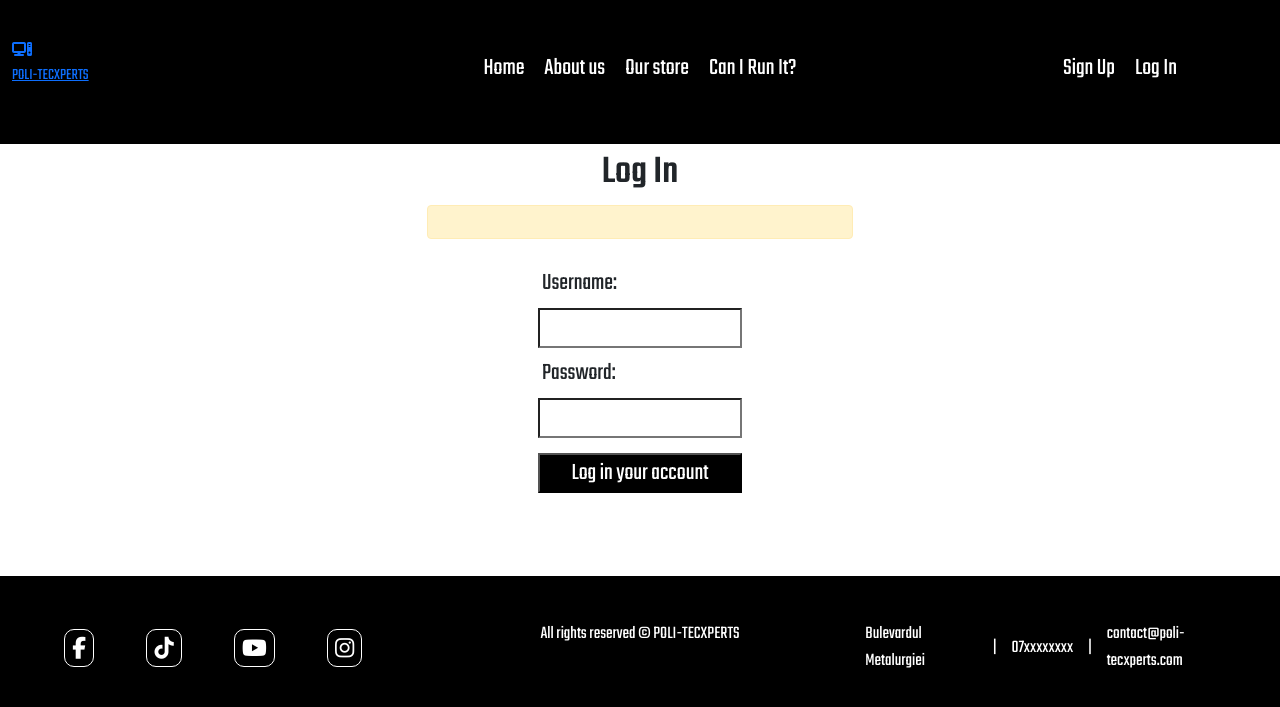
Repository: cristibtz/POLI_TECXPERTS
Page: login/login.html
The author's editor kept a copy of each file at every save. The page is drawn from the files as they stood at one save, then again after the next save.
The browser window is 1280 px wide. The pictures show the whole page.

Above is the page before, as saved 2024-04-27 20:15:43.

### login/login.html
<!DOCTYPE html>
<html lang="en">
<head>
    <meta charset="UTF-8">
    <meta name="viewport" content="width=device-width, initial-scale=1.0">
    <link rel="stylesheet" href="../css/bootstrap.css">
    <link rel="stylesheet" href="../css/default.css">
    <link rel="stylesheet" href="../css/fontawesome-free-6.5.2-web/css/all.min.css">
    <link rel="stylesheet" href="../css/fontawesome-free-6.5.2-web/css/fontawesome.min.css">
    <link rel="stylesheet" href="../css/forms.css">
    <script src="../js/jquery.js"></script>
    <title>POLI-TECXPERTS</title>

</head>
<body>
    <div class="header">
        <div class="container-fluid">
            <div class="row">
                <div class="col-md-3">
                    <div class="logo">
                        <a href="index.html" id="logo">
                            <i class="fa-solid fa-computer"></i>
                            <p>POLI-TECXPERTS</p>
                        </a>
                    </div>
                </div>
                <div class="col-md-6">
                    <div class="navigation">
                        <ul class="menu">
                            <li><a href="../index.html">Home</a></li>
                            <li><a href="../about.html">About us</a></li>
                            <li><a href="../store.php">Our store</a></li>
                            <li><a href="../canIRunIt.html">Can I Run It?</a></li>
                        </ul>
                    </div>
                </div>
                <div class="col-md-3">
                    <div class="navigation">
                        <ul class="menu">
                            <li><a href="signup.html">Sign Up</a></li>
                            <li><a href="#">Log In</a></li>
                        </ul>
                    </div>
                </div>
            </div>
        </div>
    </div>
    <div class="content">
        <div class="container-fluid">

            <div class="row">
                <h1>Log In</h1>
            </div>

            <div class="row">
                <div class="col-md-4"></div>
                <div class="col-md-4">

                    <div class="row alert alert-warning hidden" id="message-div">
                    </div>

                    <div class="row hidden" id="serv-resp">
                    </div>

                    <form method="post" id="login-form" class="form">
                        <div class="row">
                            <label for="username">Username: </label>
                            <input type="text" name="username" id="username">
                        </div>
                        <div class="row">
                            <label for="password">Password: </label>
                            <input type="password" name="password" id="password">
                        </div>
                        <div class="row">
                            <input type="submit" name="submit" id="submit" value="Log in your account">
                        </div>
                    </form>
                </div>
                <div class="col-md-4"></div>
            </div>
        </div>
    </div>
    <div class="footer">
        <div class="container-fluid">
            <div class="row">
                <div class="col-md-4 icons">
                    <a href=""><i class="fa-brands fa-facebook-f"></i></a>
                    <a href=""><i class="fa-brands fa-tiktok"></i></a>
                    <a href=""><i class="fa-brands fa-youtube"></i></a>
                    <a href=""><i class="fa-brands fa-instagram"></i></a>
                </div>
                <div class="col-md-4">
                    <div class="copyright">
                        All rights reserved © POLI-TECXPERTS
                    </div>
                </div>
                <div class="col-md-4 contact-info">
                    <p>Bulevardul Metalurgiei</p>
                    <p>|</p>
                    <p>07xxxxxxxx</p>
                    <p>|</p>
                    <p>contact@poli-tecxperts.com</p>
                </div>
            </div>
        </div>
    </div>
</body>

<script>

    $(document).ready(function(){
        $("#submit").click(function(e){
            e.preventDefault();
            var $form = $(this).closest(".form");
            var username = $form.find("#username").val();
            var password = $form.find("#password").val();

            let counter = 0;

            let serv_resp = document.getElementById("serv-resp");

            let message = document.getElementById("message-div");
            message.classList.add("hidden");
            message.classList.remove("visible");


            if(username === ""){
                message.innerHTML = "<p>Please enter a username</p>";
                message.classList.add("visible");
                message.classList.remove("hidden");
                counter++;
            } else if(password === ""){
                message.innerHTML = "<p>Please enter a password</p>";
                message.classList.add("visible");
                message.classList.remove("hidden");
                counter++;
            }

            if(counter === 0){
            message.classList.remove("visible");
            message.classList.add("hidden");
            $.ajax({
                url: "login.php",
                type: "POST",
                data: {
                    username: username,
                    password: password,
                    submit: true
                },
                success: function(data) {
                    if(data === 'http://localhost/POLI_TECXPERTS/user/dashboard.php'){
                        window.location.replace(data);
                    } else {
                    serv_resp.classList.add("visible");
                    serv_resp.classList.remove("hidden");
                    $('#serv-resp').html(data);
                    $form.trigger("reset");
                    window.location.href
                    }
                },
            });
        }
        });
    });

</script>

<script>
    if(window.history.replaceState) {
        window.history.replaceState(null, null, window.location.href);
    }
</script>

</html>

### css/default.css
@import url('https://fonts.googleapis.com/css2?family=Inter:wght@100..900&family=Teko:wght@300..700&display=swap');

*{
    margin: 0;
    padding: 0;
    box-sizing: border-box;
}

body {
    position: relative;
    min-height: 100vh;
    font-family: Teko, Inter;
}

.header {
    background-color: black;
    height: 20vh;
    display:flex;
    align-items: center;
    justify-content: center;
}

.navigation ul {
    list-style: none;
    display:flex;
    align-items: center;
    justify-content: center;
    margin: 0;
    padding-left: 0;
}

.navigation ul li{
    display: inline-block;
    padding: 10px;

}

.navigation ul li a{
    text-decoration: none;
    color: white;
    font-size: 24px;
}

.navigation ul li a:hover{
    text-decoration: none;
    color: black;
    background-color: rgb(255, 255, 255);
    padding: 3px;
    font-size: 26px;
    text-transform: uppercase;
}
.content {
    padding-bottom: 20vh;
}

.content h1, h2 {
    text-align: center;

}
.content h1 {
    margin-top: 5px;
}

.footer {
    height: 20vh;
    width: 100%;
    background-color: black;
    display: flex;
    align-items: center;
    justify-content: center;
    position: absolute;
    bottom: 0;
}

.copyright {
    color: white;
    text-align: center;
    font-size: 18px;
    margin: 0;
}

.contact-info {
    color: white;
    display: flex;
    align-items: center;
    justify-content: center;
    font-size: 18px;
}
.contact-info p {
    display: inline-block;
    padding-right: 15px;
    margin: 0;
}
.icons {
    display: flex;
    align-items: center;
    justify-content: space-evenly;
}
.icons i {
    color: white;
    padding: 7px;
    font-size: 22px;
    border: 1px solid white;
    border-radius: 10px;
}

### css/forms.css
form .row input {
    margin: 1vh auto;
    width: 50%;
    text-align: center;
    font-size: 24px;
    padding: 0;
    border-radius: 0;
}

.content .alert-row div  {
    margin: 1vh auto;
    width: 50%;
    padding: 0;
    border-radius: 0;
}

form .row input:focus{
    border-radius: 0;
    outline: none;
 }

form {
    margin: 0.6rem;
}

label {
    padding: 0;
    margin: 0;
    font-size: 24px;
    margin-left: 23%;
}

#submit {
    background-color: black;
    color: white;
}

Loaded but not shown: css/bootstrap.css (library); css/fontawesome-free-6.5.2-web/css/all.min.css (library); css/fontawesome-free-6.5.2-web/css/fontawesome.min.css (library); js/jquery.js (library)

After the next save:
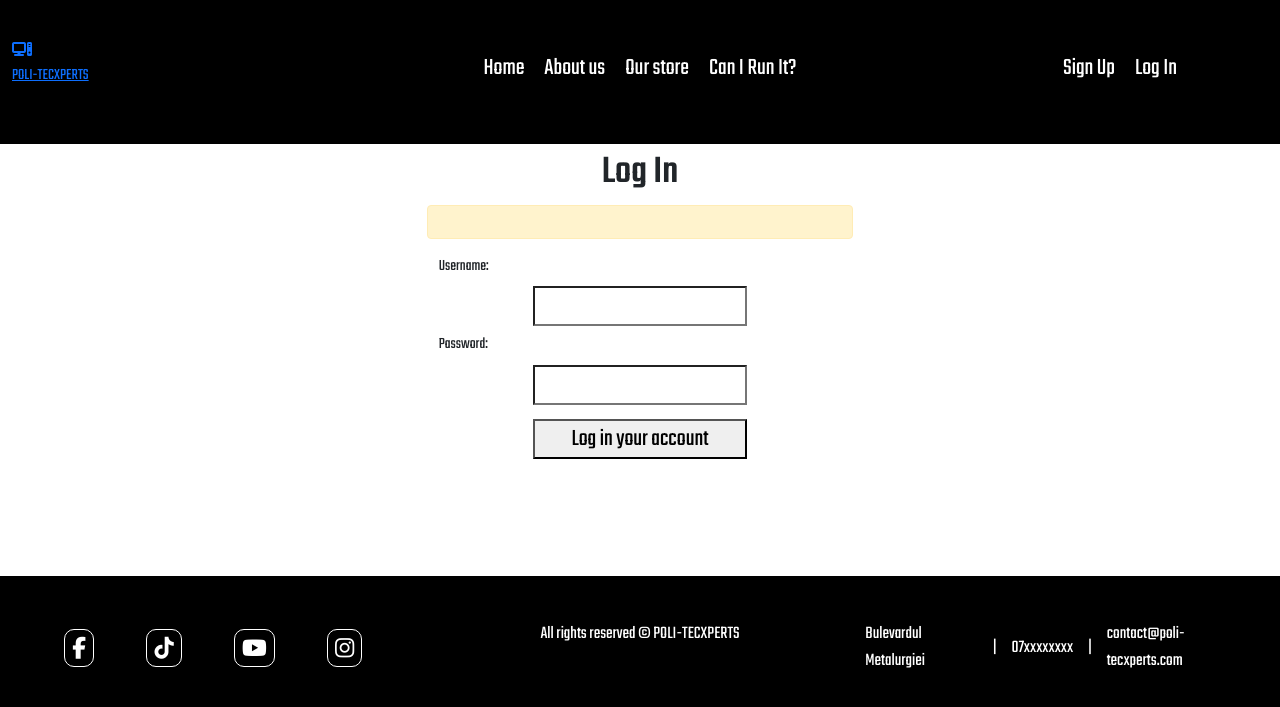
Saved 17 s later.
--- a/css/forms.css
+++ b/css/forms.css
@@ -10,9 +10,7 @@
 .content .alert-row div  {
     margin: 1vh auto;
     width: 50%;
-    padding: 0;
-    border-radius: 0;
-}
+    text-align: center;
 
 form .row input:focus{
     border-radius: 0;

After the 2 saves that followed:
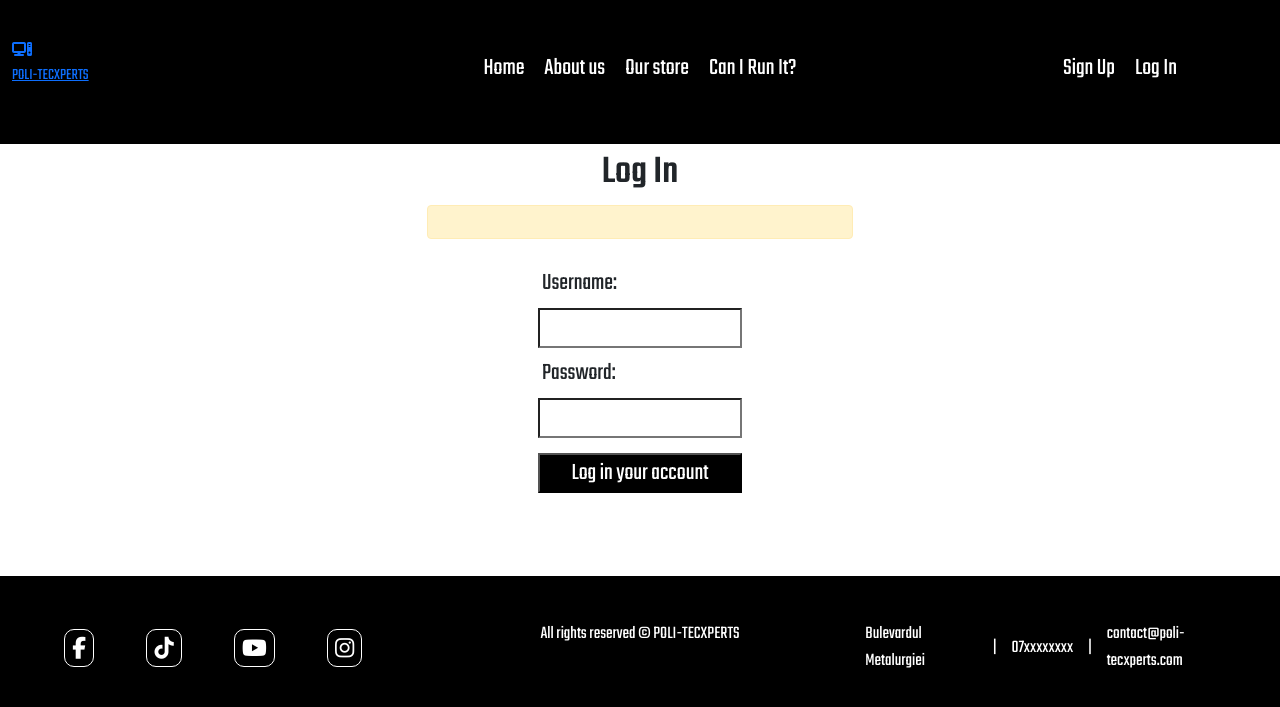
The 2 saves are shown as one change because 1 left the picture as it was.
The last was saved 14 s later.
--- a/css/forms.css
+++ b/css/forms.css
@@ -10,8 +10,10 @@
 .content .alert-row div  {
     margin: 1vh auto;
     width: 50%;
+    padding: 0;
+    border-radius: 0;
     text-align: center;
-
+}
 form .row input:focus{
     border-radius: 0;
     outline: none;
